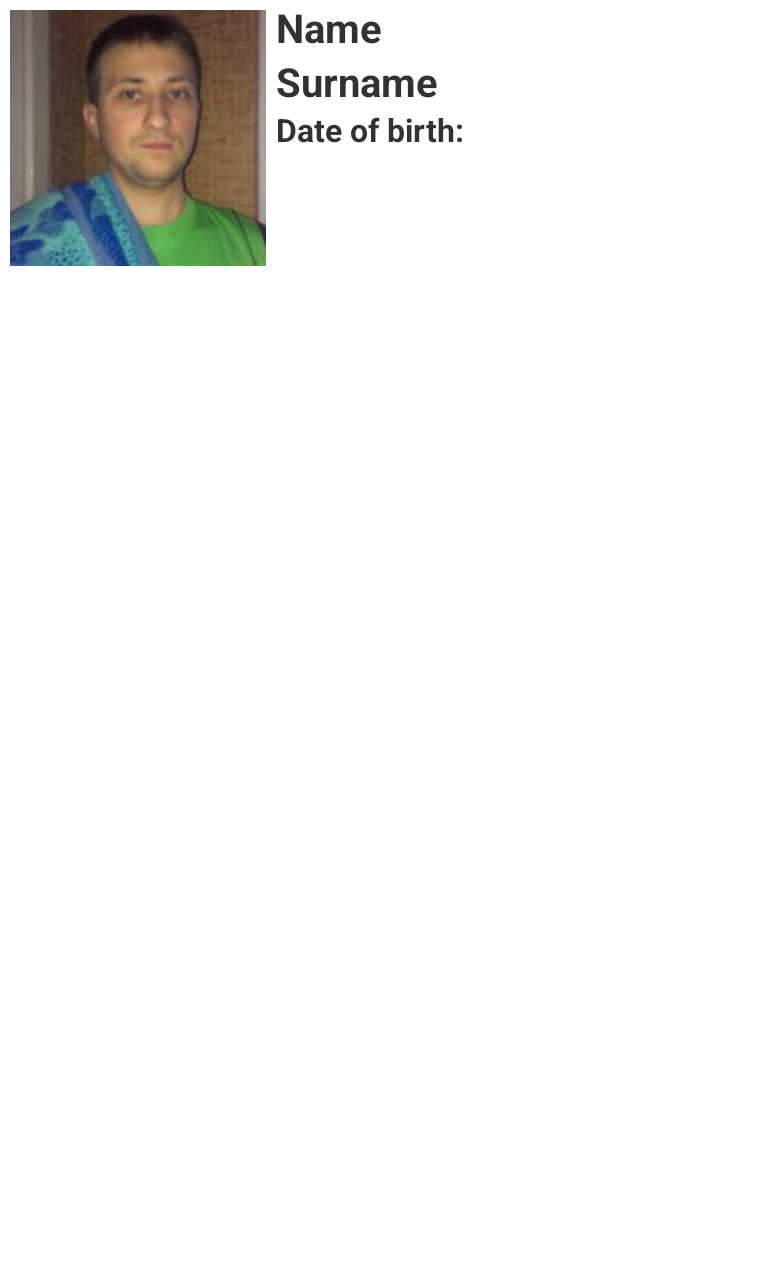
Repository: VanchT/42-test-ivtolkachev
Layout: FacebookFriends/res/layout/activity_main.xml
The author's editor kept a copy of each file at every save. The layout is drawn from the files as they stood at one save, then again after the next save.
It is drawn on a 768 x 1280 px phone screen (xhdpi) without system bars, with theme AppTheme; the app's code is not run.

Above is the layout before, as saved 2013-01-09 08:44:46.

### FacebookFriends/res/layout/activity_main.xml
<RelativeLayout xmlns:tools="http://schemas.android.com/tools"
    android:layout_width="match_parent"
    android:layout_height="match_parent"
    tools:context=".MainActivity" xmlns:android="http://schemas.android.com/apk/res/android">

    <ImageView
        android:id="@+id/image_me"
        android:layout_width="wrap_content"
        android:layout_height="wrap_content"
        android:layout_alignParentLeft="true"
        android:layout_alignParentTop="true"
        android:contentDescription="@string/me_image_description"
        android:src="@drawable/me"
        android:layout_margin="5dp"/>

    <TextView
        android:id="@+id/name_me"
        android:layout_width="wrap_content"
        android:layout_height="wrap_content"
        android:layout_toRightOf="@id/image_me"
        android:textStyle="bold"
        android:textSize="20sp"
        android:text="@string/me_name"
        />

    <TextView
        android:id="@+id/surname_me"
        android:layout_width="wrap_content"
        android:layout_height="wrap_content"
        android:layout_toRightOf="@id/image_me"
        android:layout_below="@id/name_me"
        android:textStyle="bold"
        android:textSize="20sp"
        android:text="@string/me_surname"
        />

    <TextView
        android:id="@+id/birthday_me"
        android:layout_width="wrap_content"
        android:layout_height="wrap_content"
        android:layout_toRightOf="@id/image_me"
        android:layout_below="@id/surname_me"
        android:textStyle="bold"
        android:textSize="16sp"
        android:text="@string/me_birth"
        />

</RelativeLayout>

### FacebookFriends/res/values/strings.xml
<?xml version="1.0" encoding="utf-8"?>
<resources>

    <string name="app_name">FacebookFriends</string>
    <string name="menu_settings">Settings</string>
    <string name="me_name">Name</string>
    <string name="me_surname">Surname</string>
    <string name="me_birth">Date of birth:</string>
    <string name="me_bio">Bio</string>
    <string name="me_contacts">Contacts</string>
    <string name="me_image_description">Me</string>

</resources>

Loaded but not shown: FacebookFriends/res/values/styles.xml (common file); FacebookFriends/res/values-v11/styles.xml (common file); FacebookFriends/res/values-v14/styles.xml (common file)

After the next save:
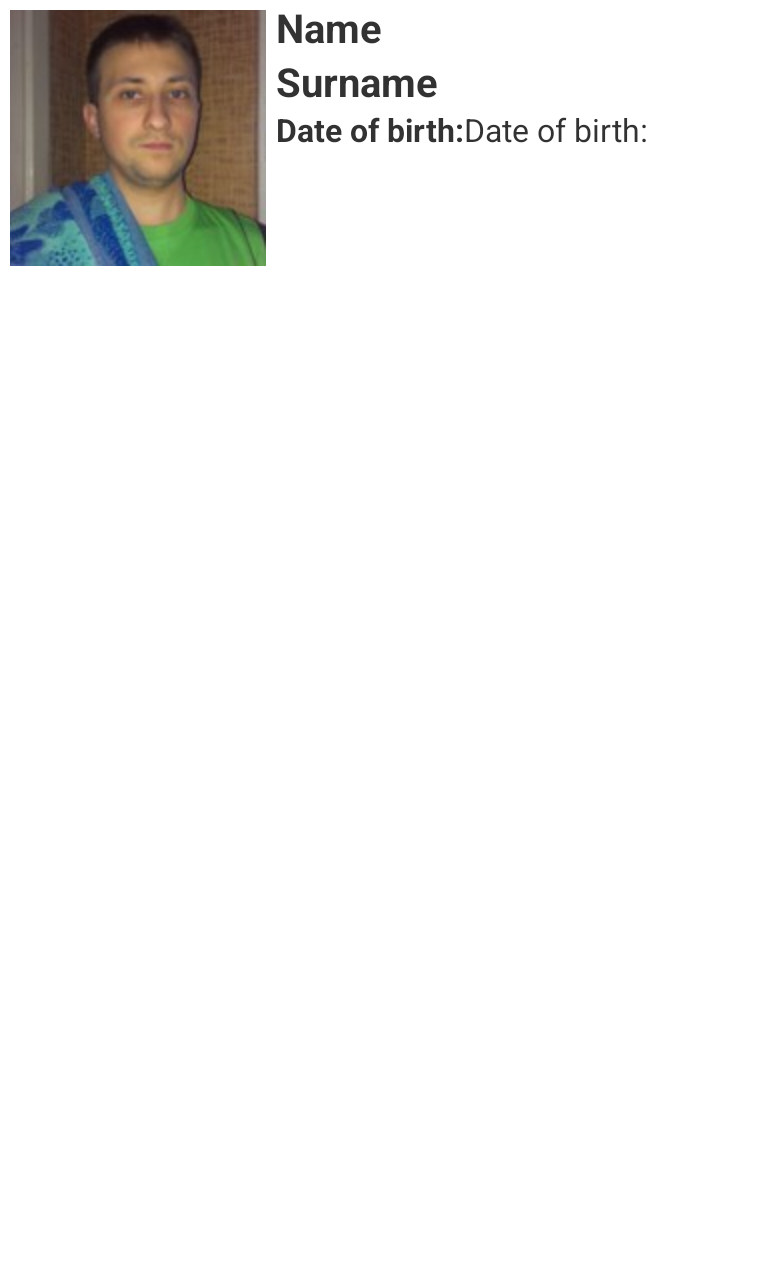
Saved 4 min 19 s later.
--- a/FacebookFriends/res/layout/activity_main.xml
+++ b/FacebookFriends/res/layout/activity_main.xml
@@ -35,7 +35,7 @@
         />
 
     <TextView
-        android:id="@+id/birthday_me"
+        android:id="@+id/birthday_me_lable"
         android:layout_width="wrap_content"
         android:layout_height="wrap_content"
         android:layout_toRightOf="@id/image_me"
@@ -45,4 +45,14 @@
         android:text="@string/me_birth"
         />
 
+    <TextView
+        android:id="@+id/birthday_me"
+        android:layout_width="wrap_content"
+        android:layout_height="wrap_content"
+        android:layout_toRightOf="@id/birthday_me_lable"
+        android:layout_below="@id/surname_me"
+        android:textSize="16sp"
+        android:text="@string/me_birth"
+        />
+
 </RelativeLayout>

After the save that followed:
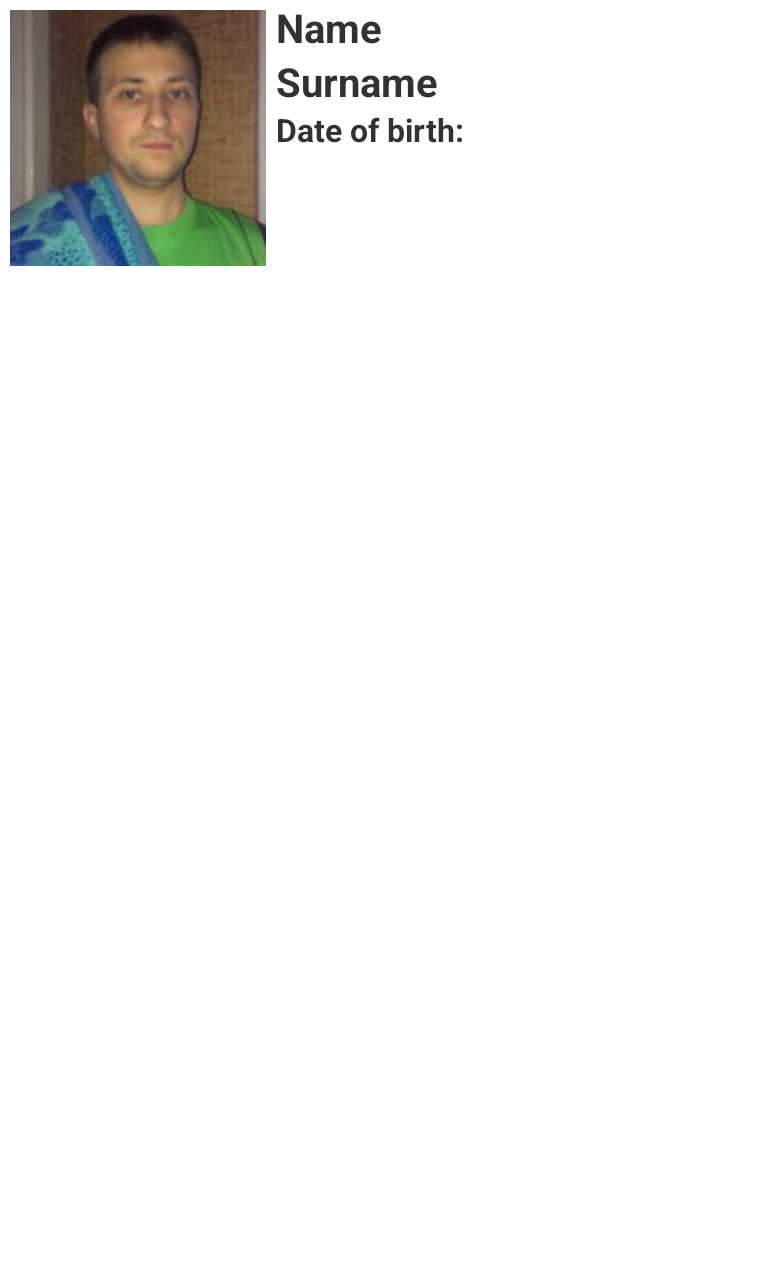
Saved 14 s later.
--- a/FacebookFriends/res/layout/activity_main.xml
+++ b/FacebookFriends/res/layout/activity_main.xml
@@ -52,7 +52,6 @@
         android:layout_toRightOf="@id/birthday_me_lable"
         android:layout_below="@id/surname_me"
         android:textSize="16sp"
-        android:text="@string/me_birth"
         />
 
 </RelativeLayout>
